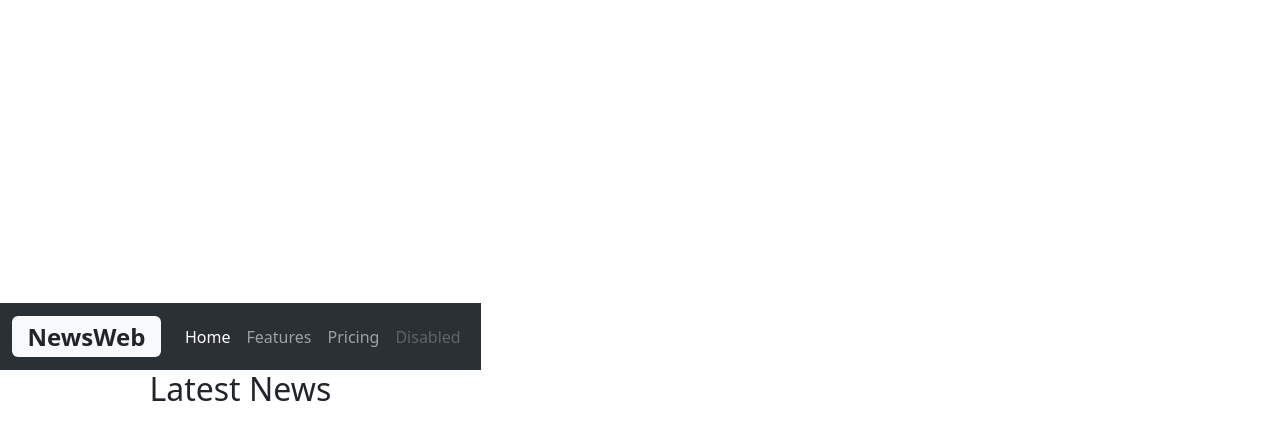
Repository: Abhilash2909/NewsWeb
Page: /
An editor plug-in stored every save of this project. The page is shown before and after a run of saves, followed by the edit.
The browser window is 1280 px wide. The pictures show the whole page.
The project was rebuilt for these pictures with package versions that can differ from the ones it lists, and the page was loaded fresh each time. Also part of the build but not shown: vite.config.js.

Above is the page before, as saved 2024-05-21 22:44:59.

After the next 3 saves:
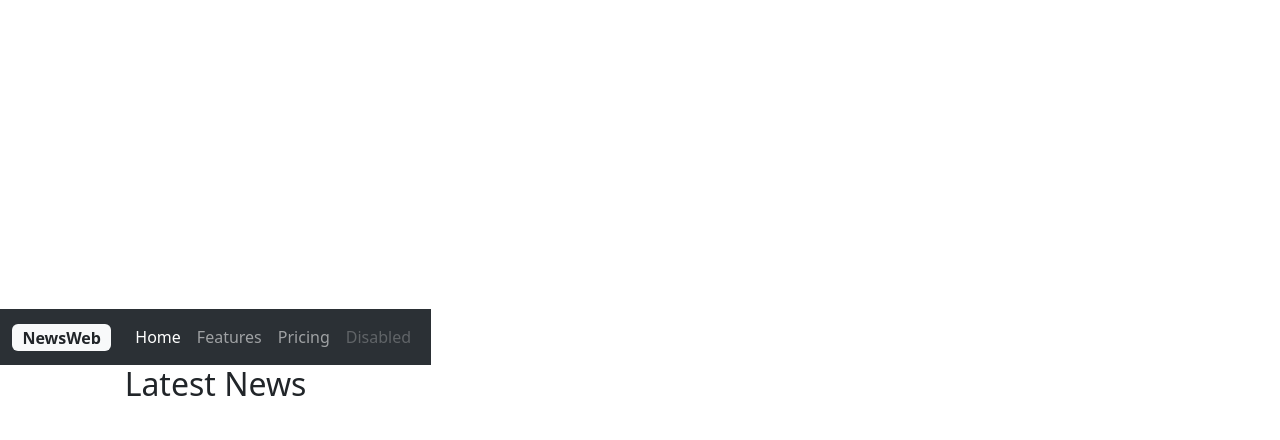
The 3 saves are shown as one change because they came seconds apart.
The last was saved 45 s later.
--- a/src/Components/Navbar.jsx
+++ b/src/Components/Navbar.jsx
@@ -3,7 +3,7 @@
   return (
     <nav className="navbar navbar-expand-lg bg-body-tertiary" data-bs-theme="dark">
   <div className="container-fluid">
-    <a className="navbar-brand" href="#"><span className="badge bg-light text-dark fs-4">NewsWeb</span></a>
+    <a className="navbar-brand" href="#"><span className="badge bg-light text-dark fs-6">NewsWeb</span></a>
     <button className="navbar-toggler" type="button" data-bs-toggle="collapse" data-bs-target="#navbarNav" aria-controls="navbarNav" aria-expanded="false" aria-label="Toggle navigation">
       <span className="navbar-toggler-icon"></span>
     </button>
